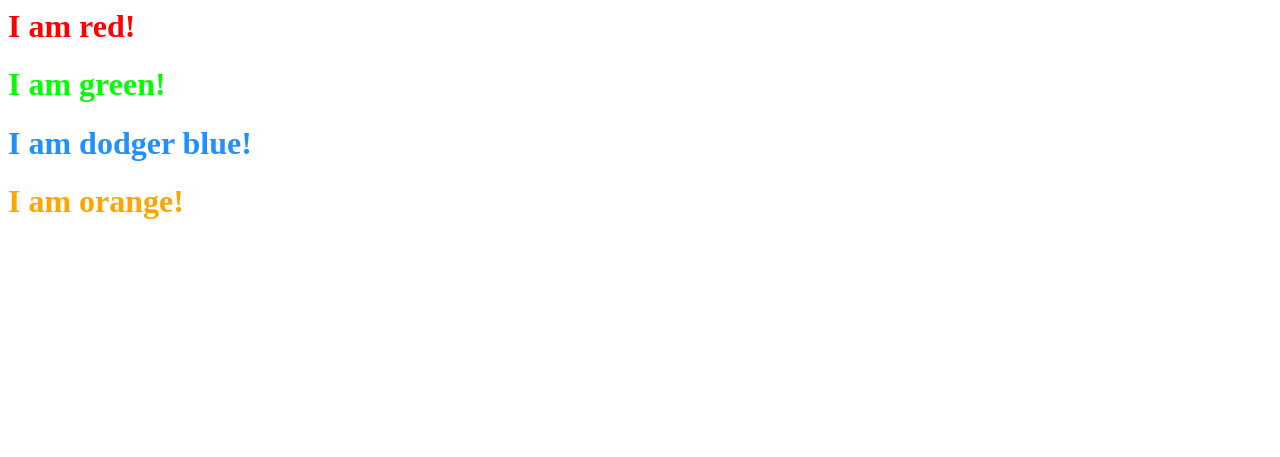
Repository: betsya97/freeCodeCamp_WebBasics
Page: html/colors.html
The author's editor kept a copy of each file at every save. The page is drawn from the files as they stood at one save, then again after the next save.
The browser window is 1280 px wide. The pictures show the whole page.

Above is the page before, as saved 2021-03-07 23:11:58.

After the next save:
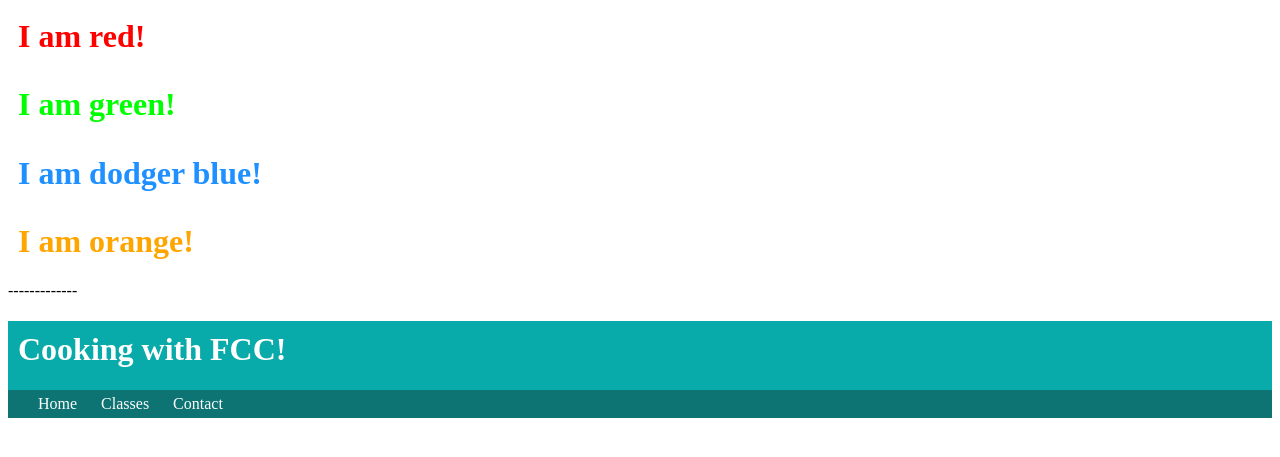
Saved 4 s later.
--- a/html/colors.html
+++ b/html/colors.html
@@ -23,3 +23,46 @@
   <!--two digits for  R, two for G, two for Blue-->
   <!--or  1 digit for R, 1 for G, 1 for Blue -->
   <!--alternative: use rgb(0,0,0);-->
+  -------------
+
+  <style>
+    header {
+      background-color: hsl(180, 90%, 35%);
+      color: #FFFFFF;
+    }
+
+    nav {
+      background-color: hsl(180,80%,25%);
+    }
+
+    h1 {
+      text-indent: 10px;
+      padding-top: 10px;
+    }
+
+    nav ul {
+      margin: 0px;
+      padding: 5px 0px 5px 30px;
+    }
+
+    nav li {
+      display: inline;
+      margin-right: 20px;
+    }
+
+    a {
+      text-decoration: none;
+      color: inherit;
+    }
+  </style>
+
+  <header>
+    <h1>Cooking with FCC!</h1>
+    <nav>
+      <ul>
+        <li><a href="#">Home</a></li>
+        <li><a href="#">Classes</a></li>
+        <li><a href="#">Contact</a></li>
+      </ul>
+    </nav>
+  </header>
